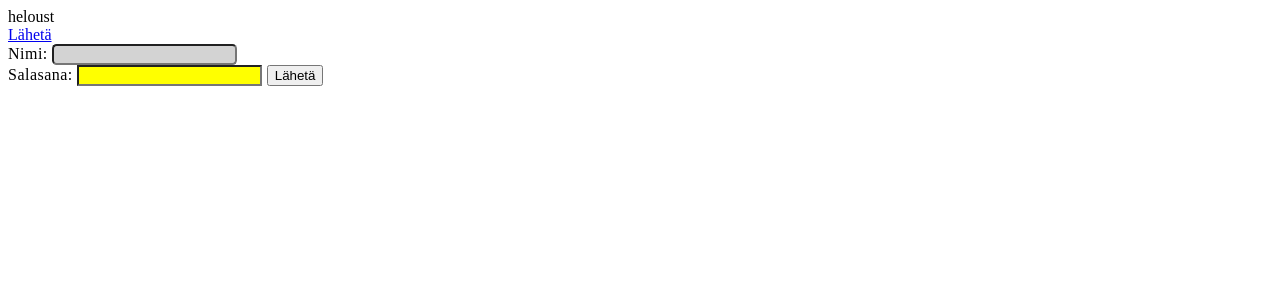
Repository: sirkian/ohj2-t4
Page: http://localhost/Kommunikaatio/
These files come from the project's save history. The page is drawn as it stood at one moment and after the next save; the edit follows.
The browser window is 1280 px wide. The pictures show the whole page.
The page is served by Tomcat 9.

Above is the page before, as saved 2022-03-19 14:04:48.

### Kommunikaatio/src/main/webapp/index.jsp
<%@ page language="java" contentType="text/html; charset=ISO-8859-1"
    pageEncoding="ISO-8859-1"%>
<!DOCTYPE html>
<html>
<head>
<meta charset="ISO-8859-1">
<title>Insert title here</title>
<style>
body {
	display: flex;
	flex-direction: column;
}
.nimi {
	background: lightgrey;
	border-radius:0.35em;
}
.pw {
	background: yellow;
}
form {
	letter-spacing: 0.03em;
}
</style>
</head>
<body>
heloust
<a href="toka.jsp?nimi=jaska&ika=10">Lähetä</a>
<form action="kolmas.jsp" method="POST">
	Nimi: <input class="nimi" type="text" name="nimi"><br>
	Salasana: <input class="pw" type="password" name="pwd">
	<input type="submit" value="Lähetä">
</form>
</body>
</html>

After the next save:
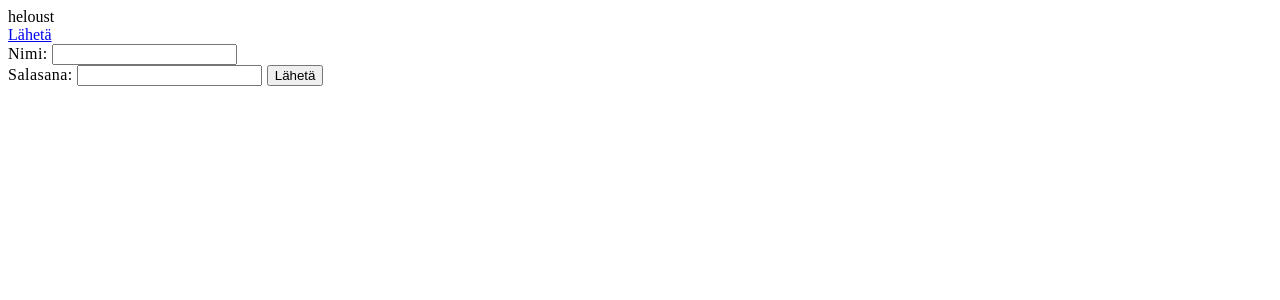
Saved 16 s later.
--- a/Kommunikaatio/src/main/webapp/index.jsp
+++ b/Kommunikaatio/src/main/webapp/index.jsp
@@ -11,11 +11,10 @@ body {
 	flex-direction: column;
 }
 .nimi {
-	background: lightgrey;
-	border-radius:0.35em;
+
 }
 .pw {
-	background: yellow;
+
 }
 form {
 	letter-spacing: 0.03em;
